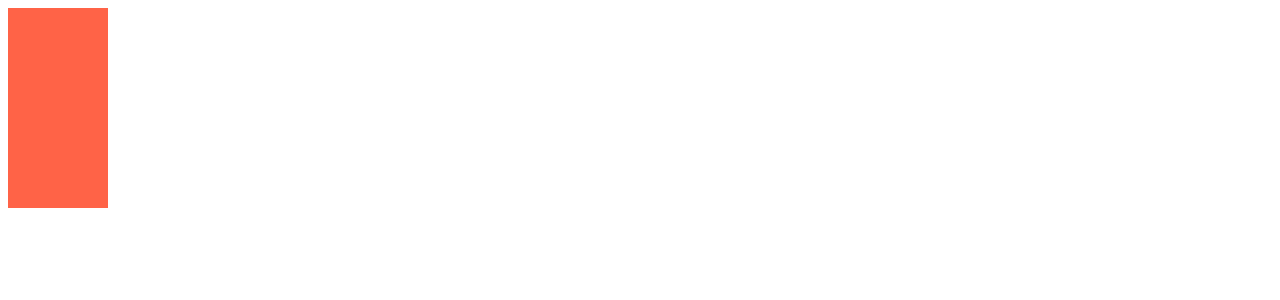
Repository: codeinstitute-davidhubber/ci-css_transformations-css_transformations-challenge-3
Page: index.html
The author's editor kept a record of every edit. The page is drawn from the files as they stood at one moment, then again after the next edit.
The browser window is 1280 px wide. The pictures show the whole page.

Above is the page before.

After the next edit:
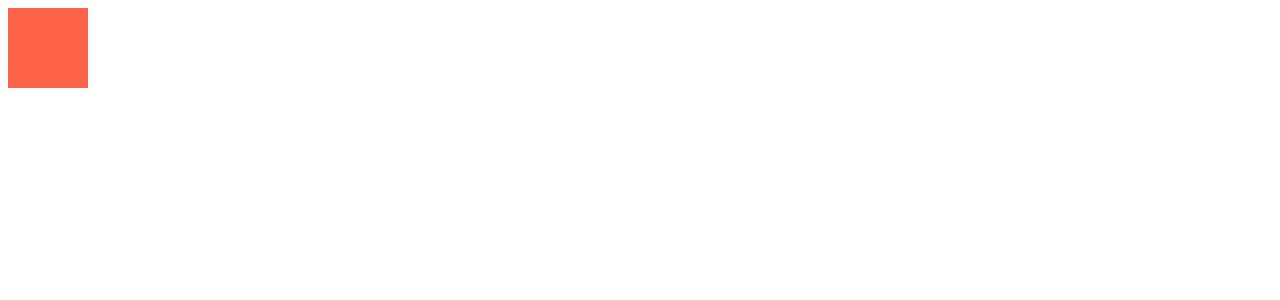
The edit:
--- a/css/main.css
+++ b/css/main.css
@@ -1,7 +1,7 @@
 .element {
     background-color: tomato;
-    width: 100px;
-    height: 200px;
+    width: 5rem;
+    height: 5rem;
     transition-duration: 1s;
     transition-timing-function: ease;
 }
